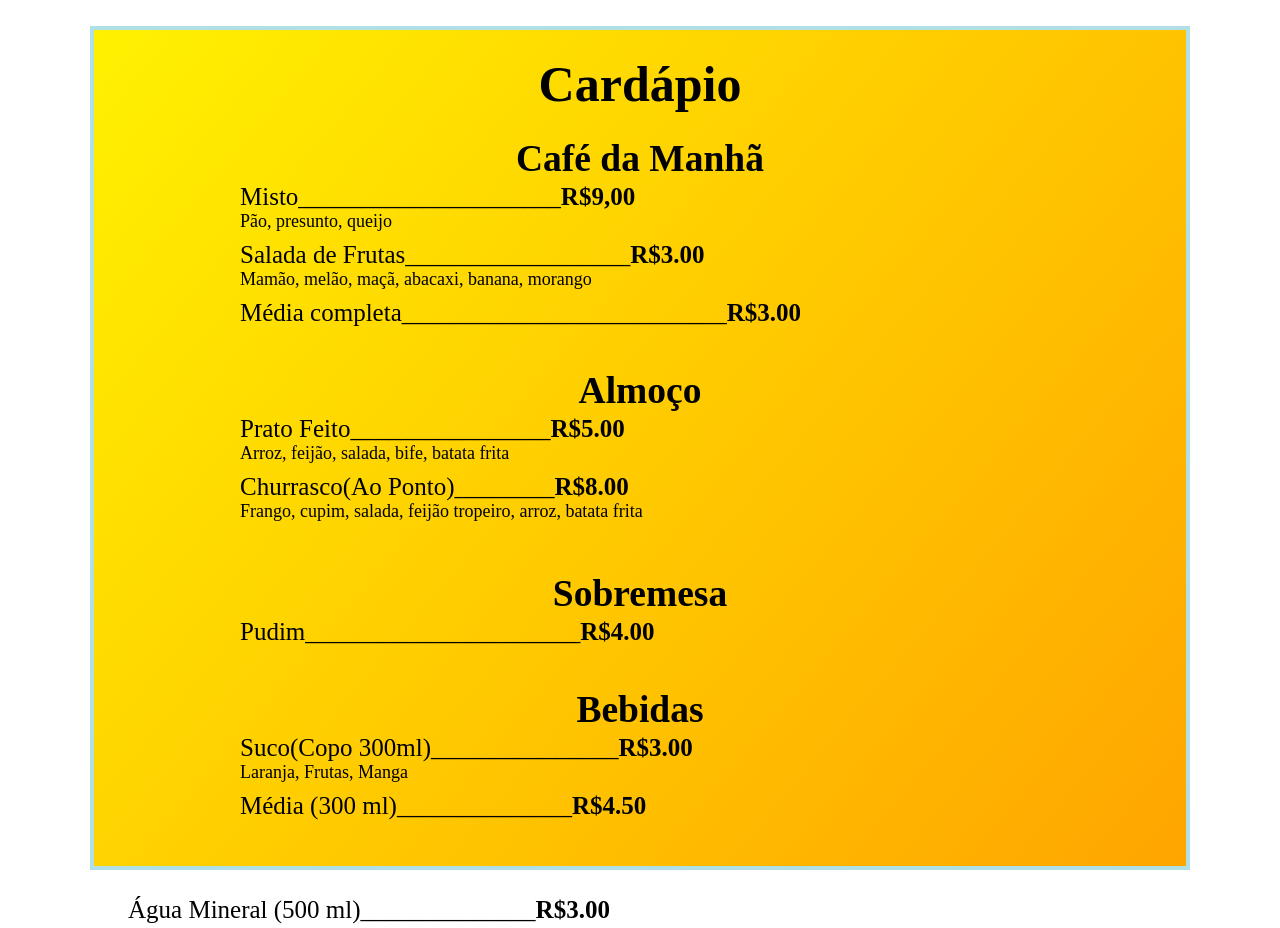
Repository: BellsBarbosa/CardapioExercicio.github.io
Page: index.html
These files come from the project's save history. The page is drawn as it stood at one moment and after a run of saves; the edit follows.
The browser window is 1280 px wide. The pictures show the whole page.

Above is the page before, as saved 2023-07-11 14:39:48.

After the next 4 saves:
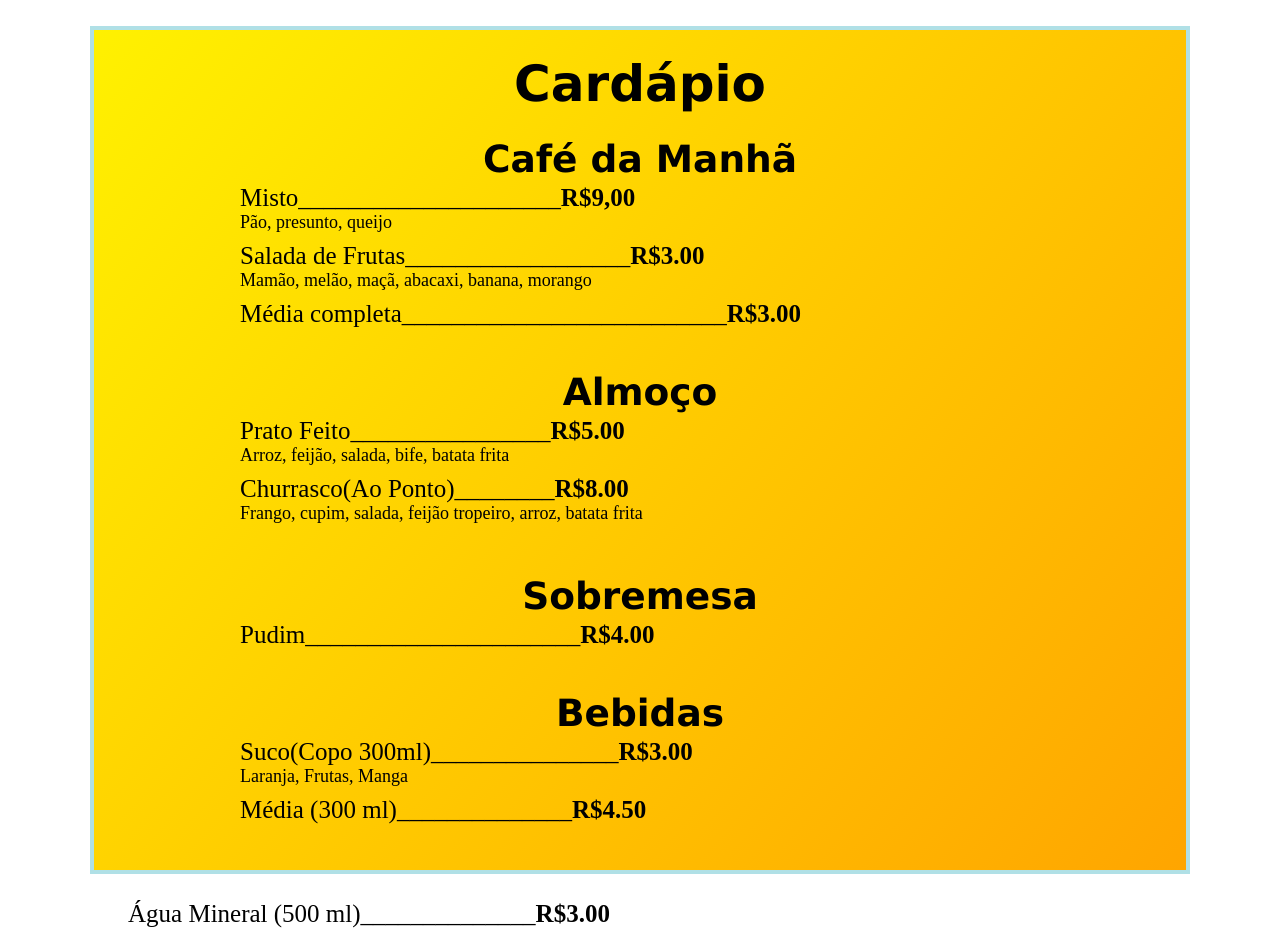
The 4 saves are shown as one change because they came seconds apart.
The last was saved 18 s later.
--- a/style.css
+++ b/style.css
@@ -37,7 +37,7 @@ strong {
 .subtitulos {
     padding-bottom: 0.3%;
     text-align:center;
-    font-family: lu, cursive;
+    font-family: 'Lucida Sans', 'Lucida Sans Regular', 'Lucida Grande', 'Lucida Sans Unicode', Geneva, Verdana, sans-serif, cursive;
 }
 
 .item {
